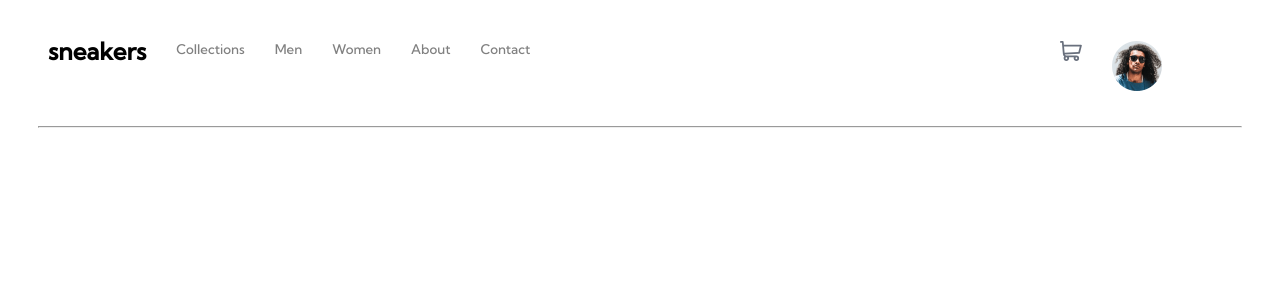
Repository: Abhi2359/frontendchallenge-2
Page: /
These files come from the project's save history. The page is drawn as it stood at one moment and after a run of saves; the edit follows.
The browser window is 1280 px wide. The pictures show the whole page.
The project was rebuilt for these pictures with package versions that can differ from the ones it lists, and the page was loaded fresh each time.

Above is the page before, as saved 2023-02-11 00:37:57.

After the next 2 saves:
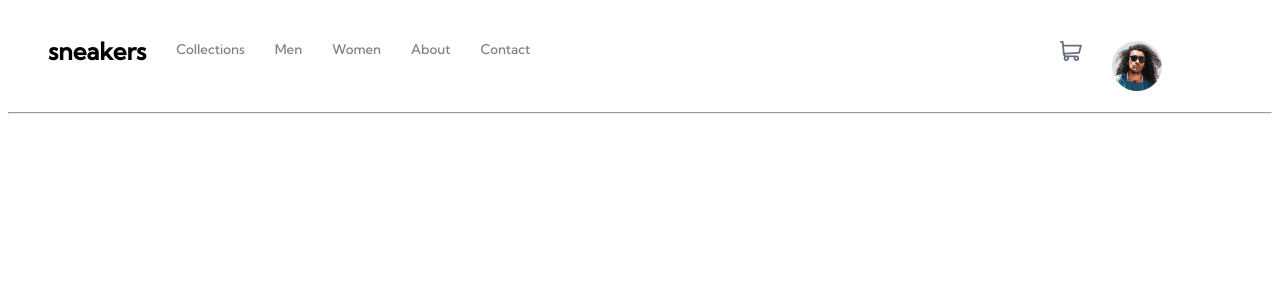
The 2 saves are shown as one change because they came seconds apart.
The last was saved 45 s later.
--- a/src/components/Navbar/Navbar.css
+++ b/src/components/Navbar/Navbar.css
@@ -50,6 +50,6 @@
 }
  .hr_tag{
     position: relative;
-    margin: 30px;
+    margin-left: ;
     padding-bottom: 20px;
  }
